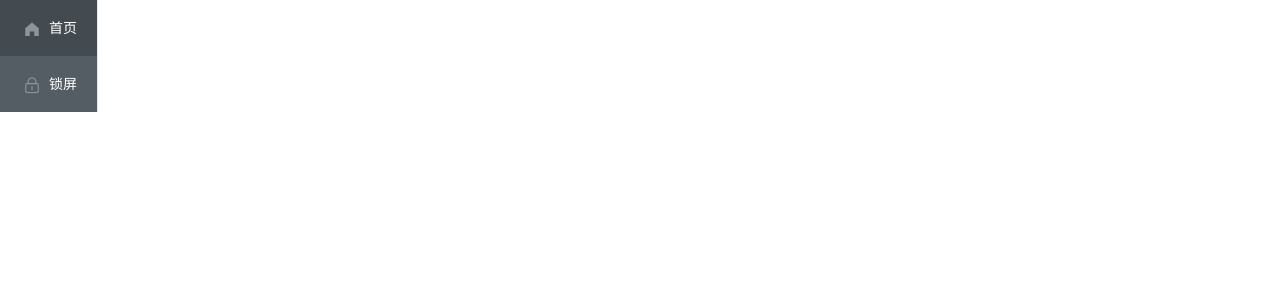
Repository: wujingwenwu/-vue-2.0
Page: /lockScreen
An editor plug-in stored every save of this project. The page is shown before and after the next save, followed by the edit.
The browser window is 1280 px wide. The pictures show the whole page.
The project was rebuilt for these pictures with package versions that can differ from the ones it lists, and the page was loaded fresh each time. Also part of the build but not shown: src/views/Home.vue.

Above is the page before, as saved 2020-09-29 10:28:06.

### src/main.js
import Vue from "vue";
import App from "./App.vue";
import router from "./router";
import store from "./store";
import ElementUI from 'element-ui';
import 'element-ui/lib/theme-chalk/index.css';
Vue.config.productionTip = false;
Vue.use(ElementUI);
new Vue({
  router,
  store,
  render: h => h(App)
}).$mount("#app");

### src/App.vue
<template>
  <div id="app">

    <router-view />
  </div>
</template>

<style lang="scss">
@import "./style/demo";
*{
  margin: 0;
  padding: 0;
}
</style>

### src/router/index.js
import Vue from "vue";
import VueRouter from "vue-router";
import Home from "../views/Home.vue";
import Layout from "../views/layout/layout"
Vue.use(VueRouter);

const routes = [
  {
    path: "/home",
    name: "",
    component: Home
  },
  {
    path: "",
    component: Layout,
    children:[
      {
        path: "/home",
        name: "Home",
        component: Home
      },
      {
        path: "/lockScreen",
        name: "LockScreen",
        component: () =>
          import("../views/lockScreen/LockScreen")
      },
    ]
  },
  {
    path: "/about",
    name: "About",
    component: () =>
      import("../views/About.vue")
  },
];

const router = new VueRouter({
  mode: "history",
  base: process.env.BASE_URL,
  routes
});

export default router;

### src/style/demo.scss
.d-f{
    display: flex;
    /* 弹性盒模型 */
}
.f-s-12{
    font-size: 12px;
    /* 字体大小为12px */
}
.f-s-14{
    font-size: 14px;
    /* 字体大小为14px */
}
.f-s-16{
    font-size: 16px;
    /* 字体大小为16px */
}
.f-w{
    font-weight: 700;
    /*字体 加粗 */
}
.f-c-ho{
    color: #f00;
    /* 红色 */
}
.f-c-hu{
    color: #ccc;
    /* 灰色 */
}
.f-c-b{
    color: #ffffff;
    /* 白色 */
}
.f-c-he{
    color: #000;
    /* 黑色 */
}
.t-a-l{
    text-align: left;
    /* 文本左对齐 */
}
.t-a-c{
    text-align: center;
    /* 文本居中 */
}
.t-a-r{
    text-align: right;
    /* 文本右对齐 */
}
.t-d-u{
    text-decoration: underline;
    /* 装饰在文本底部 */
}
.t-d-o{
    text-decoration: overline;
    /* 装饰在顶部 */
}
.t-d-l-t{
    text-decoration: line-through;
    /* 装饰在文本中间 */
}
.d-i{
    display: inline;
    /* 块级元素装换成行内元素 */
}
.d-i-b{
    display: inline-block;
    /* 块级元素装换成行内块元素 */
}
.d-b{
    display: block;
    /* 行内和行内块元素装换成块级元素 */
}
.d-n{
    display: none;
    /* 隐藏元素 */
}
.p-r{
    position: relative;
    /* 相对定位 */
}
.p-a{
    position: absolute;
    /* 绝对定位 */
}
.p-f{
    position: fixed;
    /* 固定定位 */
}
.b-r-50{
    border-radius: 50%;
    /* 圆角为50% */
}
.j-c-s-a{
    justify-content: space-around;
   /* 两边的子元素距离父元素的两边有间距，然后中间距离自动等分 */
}
.j-c-s-b{
    justify-content: space-between;
    /* 两边的子元素距离父元素没有间距，然后中间距离自动等分 */

}
.j-c-c{
    justify-content: center;
     /* 所有的子元素相当于父元素水平居中 */
}
.a-i-c{
    align-items: center;
    /* （竖轴排列方式）子元素相当于父元素垂直方向居中 */
}
.f-d-c{
    flex-direction: column;
    /* 弹性盒模型的竖项排列方式 */
}
*{
  margin: 0;
  padding: 0;
  /* 清除游览器的痕迹 */
}
.conter{
    display: flex;
    justify-content: center;
    /* 弹性盒模型，所有的文本在页面的中间 */
}
.warp{
   width: 1280px;
   /* 宽度为1280px，基本上不会超过1400px */
}
.o-h{
    overflow: hidden;
    /* 超出部分隐藏 */
}
.w-o-t{
    white-space: nowrap;
    overflow: hidden;
    text-overflow: ellipsis;
    /* 超出部分隐藏（只限字体） */
}
.d-n{
    display: none;
    /* 不占位置 */
}
.v-h{
    visibility: hidden;
    /* 占位置 */
}
.f-w-w{
    flex-wrap: wrap;
    /* 换行 */
}
.w-s-n{
    white-space: nowrap;
    /* 内容不换行 */
}
.m-t-20{
    margin-top: 20px;
    /* 向下20 */
}
.m-l-20{
    margin-left: 20px;

}
.m-t-10{
    margin-top: 10px;
}
.m-l-10{
    margin-left: 10px;
}
.b-c-hong{
    background-color: red;
}
.b-c-hei{
    background-color: black;
}
.b-c-bai{
    background-color: #ffffff;
}
.b-c-hui{
    background-color: #ccc;
}
.b-1-s-hong{
    border: 1px solid red;
}
.b-1-d-hong{
    border: 1px dashed red;
}
.b-1-s-bai{
    border: 1px solid #ffffff;
}
.b-1-d-bai{
    border: 1px dashed #ffffff;
}
.b-1-s-hei{
    border: 1px solid black;
}
.b-1-d-hei{
    border: 1px dashed black;
}
.b-1-s-hui{
    border: 1px solid #ccc;
}
.b-1-d-hui{
    border: 1px dashed #ccc;
}
.b-l-n{
    border-left: none;
    /* 左边框隐藏 */
}
.b-t-n{
    border-top: none;
}
.b-r-n{
    border-right: none;
}
.b-b-n{
    border-bottom: none;
}
.m-t-15{
    margin-top: 15px;
}
.m-t-30{
    margin-top: 30px;
}
.m-t-5{
    margin-top: 5px;
}
.b-none{
    border: none;
}
.f-s-18{
    font-size: 18px;
}
.m-l--10{
    margin-left: -10px;
}
.m-l-40{
    margin-left: 40px;
}
.o-n{
    outline: none;
    /* 隐藏边框 */
}

### src/views/layout/layout.vue
<template>
 <div class="d-f">
  <div >
      <el-menu
      default-active="2"
      class="el-menu-vertical-demo"
      background-color="#545c64"
      text-color="#fff"
      active-text-color="#ffd04b" v-for="(item,index) in arr" :key="index">
      <el-menu-item   :index="index">
        <i :class="item.icon"></i>
        <span slot="title">{{item.name}}</span>
      </el-menu-item>
    </el-menu>
    <router-view></router-view>
  </div>
 </div>
</template>

<script>
 export default {
   data () {
     return {
       arr:[
        {icon:"el-icon-s-home",name:"首页",path:'/'},
        {icon:"el-icon-lock",name:"锁屏",path:'/lockScreen'},

       ]
     }
   },
   components: {

   },
   methods: {

   },
   mounted() {

   },
   watch: {

   },
   computed: {

   }
 }
</script>

<style scoped lang='scss'>

</style>

### src/views/lockScreen/LockScreen.vue
<template>
 <div>

 </div>
</template>

<script>
 export default {
   data () {
     return {

     }
   },
   components: {

   },
   methods: {

   },
   mounted() {

   },
   watch: {

   },
   computed: {

   }
 }
</script>

<style scoped lang='scss'>

</style>

Loaded but not shown: public/index.html (common file); src/store/index.js (common file)

After the next save:
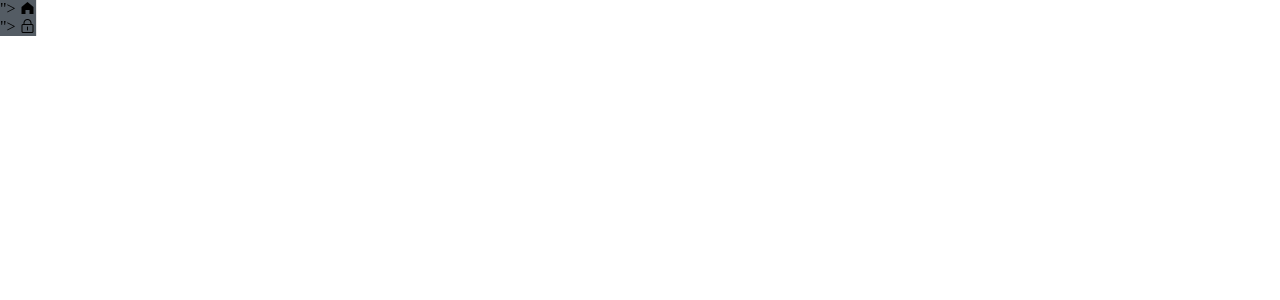
Saved 41 s later.
--- a/src/views/layout/layout.vue
+++ b/src/views/layout/layout.vue
@@ -7,7 +7,7 @@
       background-color="#545c64"
       text-color="#fff"
       active-text-color="#ffd04b" v-for="(item,index) in arr" :key="index">
-      <el-menu-item   :index="index">
+      <el-menu-item   ">
         <i :class="item.icon"></i>
         <span slot="title">{{item.name}}</span>
       </el-menu-item>

After the save that followed:
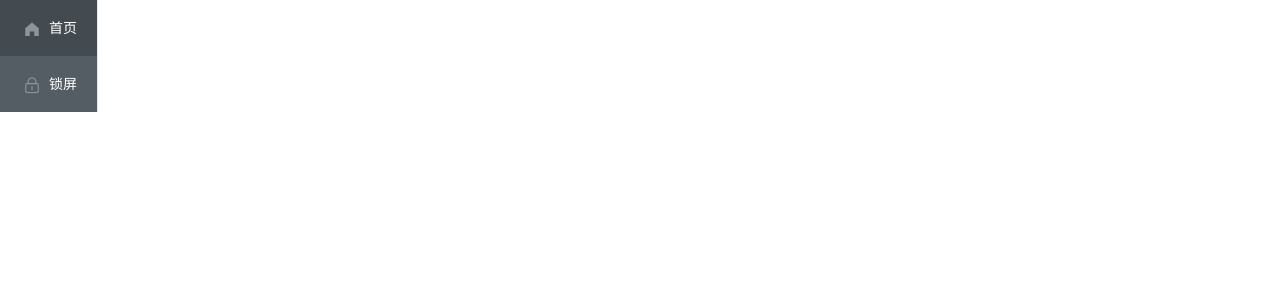
Saved 4 s later.
--- a/src/views/layout/layout.vue
+++ b/src/views/layout/layout.vue
@@ -7,7 +7,7 @@
       background-color="#545c64"
       text-color="#fff"
       active-text-color="#ffd04b" v-for="(item,index) in arr" :key="index">
-      <el-menu-item   ">
+      <el-menu-item   >
         <i :class="item.icon"></i>
         <span slot="title">{{item.name}}</span>
       </el-menu-item>
